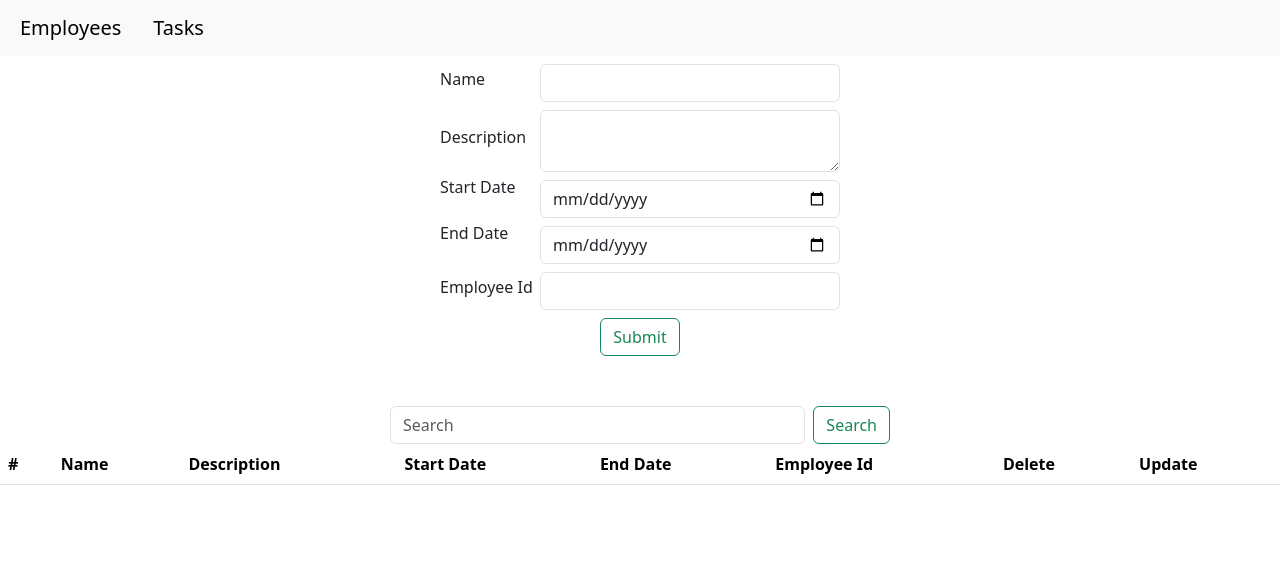
Repository: RaffiBarseghyan/employees
Page: /tasks
An editor plug-in stored every save of this project. The page is shown before and after the next save, followed by the edit.
The browser window is 1280 px wide. The pictures show the whole page.
The page's requests for data from a server got no answer. The project was rebuilt for these pictures with package versions that can differ from the ones it lists, and the page was loaded fresh each time. Some packages were replaced by stand-ins written for this rebuild. No one was signed in, and anything a server would have sent is missing. Also part of the build but not shown: src/App.css, src/Pages/Employees/employees.module.scss, src/Pages/UpDel/upDel.module.scss, src/Pages/UpDel/delete.jsx, src/Pages/Employees/employees.jsx, src/Pages/UpDel/update.jsx, src/Pages/UpDel/updateTask.jsx.

Above is the page before, as saved 2023-06-16 01:28:30.

### src/App.jsx
import "./App.css";
import Header from "./Pages/Header/header";
import { BrowserRouter, Routes, Route } from "react-router-dom";
import "bootstrap/dist/css/bootstrap.css";
import Employees from "./Pages/Employees/employees";
import Tasks from "./Pages/Tasks/tasks";
import Update from "./Pages/UpDel/update";
import UpdateTask from "./Pages/UpDel/updateTask";

function App() {
  return (
    <>
      <BrowserRouter>
        <Header />

        <Routes>
          <Route path="/employees" element={<Employees />} />

          <Route path="/tasks" element={<Tasks />} />
          <Route path="/update" element={<Update />} />
          <Route path="/updateTask" element={<UpdateTask />} />
        </Routes>
      </BrowserRouter>
    </>
  );
}

export default App;

### src/Pages/Header/header.jsx
import { Link } from "react-router-dom";
import style from "./header.module.scss";

function Header() {
  return (
    <>
      <nav className="navbar navbar-expand bg-body-tertiary">
        <div className="container-fluid">
          <div className="collapse navbar-collapse">
            <ul className="navbar-nav me-auto mb-2 mb-lg-0">
              <li className="nav-item">
                <Link
                  className={`nav-link navbar-brand active ${style.linkStyle}`}
                  to="/employees"
                >
                  Employees
                </Link>
              </li>
              <li className="nav-item">
                <Link

                  className={`nav-link navbar-brand ${style.linkStyle}`}
                  to="/tasks"
                >
                  Tasks
                </Link>
              </li>
            </ul>
          </div>
        </div>
      </nav>
    </>
  );
}

export default Header;

### src/Pages/Tasks/tasks.jsx
import axios from "axios";
import style from "./tasks.module.scss";
import { useEffect, useState } from "react";
import Delete from "../UpDel/delete";
import { Link } from "react-router-dom";

function Tasks() {
  const [data, setdata] = useState([]);
  const [data2, setdata2] = useState([]);
  const [employeeId, setemployeeId] = useState("");
  const [search, setsearch] = useState("");

  useEffect(() => {
    axios
      .get(`https://rocky-temple-83495.herokuapp.com/employees`)
      .then((res) => {
        const persons = res.data;
        setdata(persons);
      });
  }, []);

  useEffect(() => {
    axios.get(`https://rocky-temple-83495.herokuapp.com/tasks`).then((res) => {
      const persons = res.data;
      setdata2(persons);
    });
  }, []);

  const employeeIdChange = (e) => {
    setemployeeId(e.target.value);
  };

  const searchval = (e) => {
    setsearch(e.target.value);
  };

  const formClk = () => {
    window.location.reload();
  };

  const searchChange = () => {
    axios
      .get(`https://rocky-temple-83495.herokuapp.com/tasks?name_like=${search}`)
      .then((res) => {
        const persons = res.data;
        if (persons.length == 0) {
          axios
            .get(
              `https://rocky-temple-83495.herokuapp.com/tasks?description_like=${search}`
            )
            .then((res) => {
              const persons = res.data;
              if (persons.length == 0) {
                axios
                  .get(
                    `https://rocky-temple-83495.herokuapp.com/tasks?startDate=${search}`
                  )
                  .then((res) => {
                    const persons = res.data;
                    if (persons.length == 0) {
                      axios
                        .get(
                          `https://rocky-temple-83495.herokuapp.com/tasks?endDate=${search}`
                        )
                        .then((res) => {
                          const persons = res.data;
                          setdata2(persons);
                        });
                    } else {
                      setdata2(persons);
                    }
                  });
              } else {
                setdata2(persons);
              }
            });
        } else {
          setdata2(persons);
        }
      });
  };

  return (
    <>
      <iframe
        name="dummyframe"
        id="dummyframe"
        style={{ display: "none" }}
      ></iframe>

      <form
        action="https://rocky-temple-83495.herokuapp.com/tasks"
        method="post"
        target="dummyframe"
        className={`${style.employeeForm} container`}
      >
        <label htmlFor="name">
          Name
          <input
            className="form-control mt-2 "
            type="text"
            id="name"
            name="name"
          />
        </label>
        <label htmlFor="description">
          Description
          <textarea
            name="description"
            id="description"
            className="form-control mt-2"
          ></textarea>
        </label>
        <label htmlFor="startDate">
          <p>Start Date </p>
          <input
            className="form-control mt-2"
            type="date"
            id="startDate"
            name="startDate"
            placeholder="startDate"
          />
        </label>
        <label htmlFor="endDate">
          <p> End Date</p>
          <input
            className="form-control mt-2"
            type="date"
            id="endDate"
            name="endDate"
            placeholder="endDate"
          />
        </label>
        <label htmlFor="employeeId">
          Employee Id
          <select
            name="employeeId"
            id="employeeId"
            placeholder="employeeId"
            className="form-control mt-2"
            value={employeeId}
            onChange={employeeIdChange}
          >
            {data.map((item) => {
              return (
                <option
                  key={item.id}
                  name="employeeId"
                  id="employeeId"
                  value={item.id}
                >
                  {item.id}
                </option>
              );
            })}
          </select>
        </label>

        <input
          className="btn btn-outline-success mt-2"
          type="submit"
          value="Submit"
          onClick={formClk}
        />
      </form>
      <div className="d-flex" role="search" style={{ width: "500px", margin:"auto" , marginTop:"50px", marginB:"50px" }}>
        <input
          className="form-control me-2"
          type="search"
          placeholder="Search"
          aria-label="Search"
          value={search}
          onChange={searchval}
        />
        <button
          className="btn btn-outline-success"
          type="submit"
          onClick={searchChange}
        >
          Search
        </button>
      </div>
      <table className="table">
        <thead>
          <tr>
            <th scope="col">#</th>
            <th scope="col">Name</th>
            <th scope="col">Description</th>
            <th scope="col">Start Date</th>
            <th scope="col">End Date</th>
            <th scope="col">Employee Id</th>
            <th scope="col">Delete</th>
            <th scope="col">Update</th>
          </tr>
        </thead>
        <tbody>
          {data2.map((item) => {
            return (
              <tr key={item.id} className={`${style.employees} `}>
                <th scope="row">{item.id}</th>
                <td>{item.name}</td>
                <td>{item.description}</td>
                <td>{item.startDate}</td>
                <th>{item.endDate}</th>
                <th>{item.employeeId}</th>

                <th>
                  <Delete
                    id={item.id}
                    url={"https://rocky-temple-83495.herokuapp.com/tasks"}
                  />
                </th>
                <th>
                  <Link to="/updateTask" state={{ from: item }}>
                    <button
                      className={`${style.basketButtonDe} btn btn-success `}
                    >
                      Update
                    </button>
                  </Link>
                </th>
              </tr>
            );
          })}
        </tbody>
      </table>
    </>
  );
}

export default Tasks;

### src/Pages/Tasks/tasks.module.scss
.employeeForm {
  width: 500px;
  display: flex;
  flex-direction: column;
  align-items: center;
  > label {
    width: 400px;
    display: flex;
    align-items: center;
    flex-direction: row;
    > input,
    textarea,
    select {
      width: 300px;
      margin-left: auto;
    }
  }
}

Loaded but not shown: src/index.js (common file); src/index.css (common file); src/reportWebVitals.js (common file); src/Pages/Header/header.module.scss (no stored copy; drawn as an empty file)

After the next save:
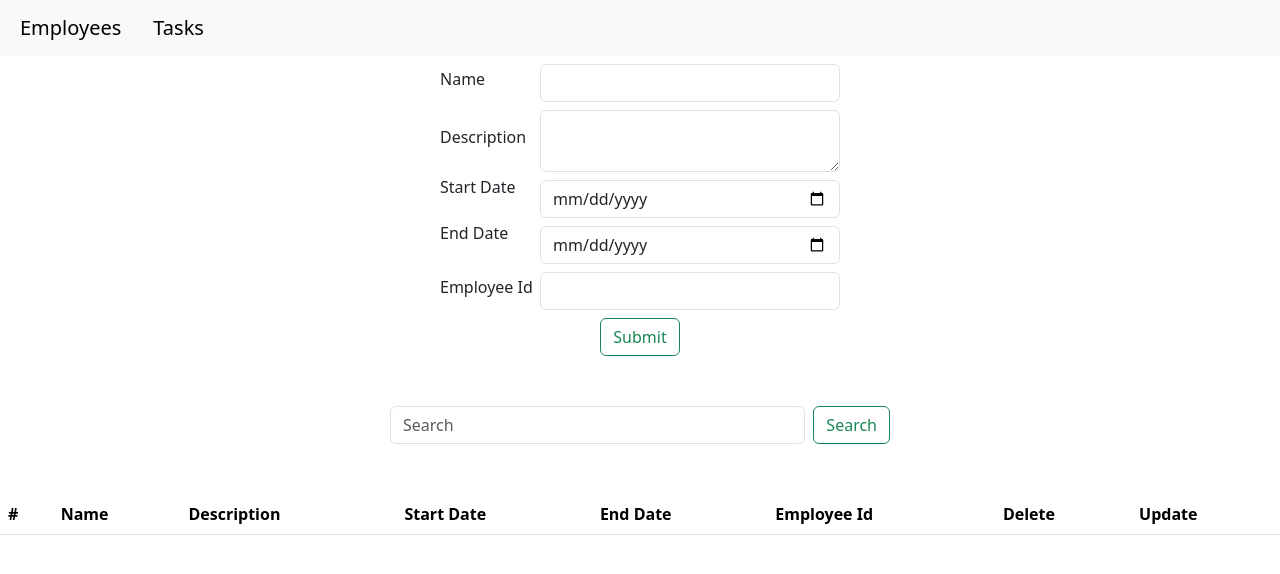
Saved 2 s later.
--- a/src/Pages/Tasks/tasks.jsx
+++ b/src/Pages/Tasks/tasks.jsx
@@ -163,7 +163,7 @@ function Tasks() {
           onClick={formClk}
         />
       </form>
-      <div className="d-flex" role="search" style={{ width: "500px", margin:"auto" , marginTop:"50px", marginB:"50px" }}>
+      <div className="d-flex" role="search" style={{ width: "500px", margin:"auto" , marginTop:"50px", marginBottom:"50px" }}>
         <input
           className="form-control me-2"
           type="search"
